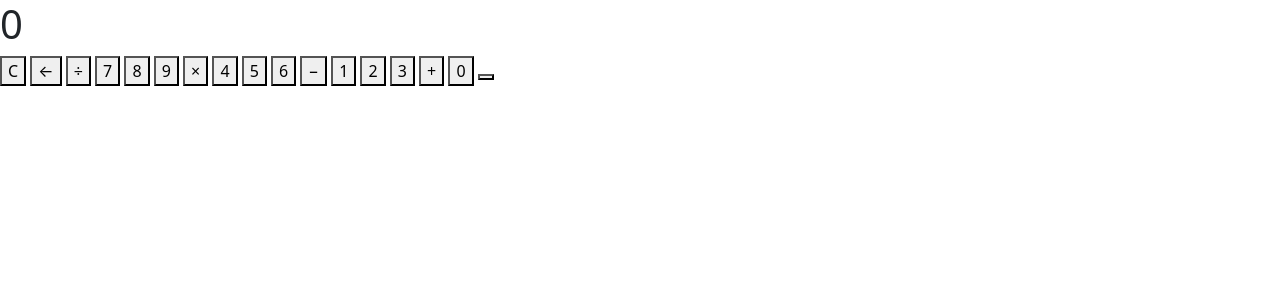
Repository: jgramirez0210/LAB-calculator
Page: index.html
These files come from the project's save history. The page is drawn as it stood at one moment and after a run of saves; the edit follows.
The browser window is 1280 px wide. The pictures show the whole page.

Above is the page before, as saved 2023-10-10 20:05:36.

### index.html
<!DOCTYPE html>
<html lang="en">
<head>
  <meta charset="UTF-8">
  <meta name="viewport" content="width=device-width, initial-scale=1.0">
  <title>Calculator</title>
  <link href="https://cdn.jsdelivr.net/npm/bootstrap@5.3.2/dist/css/bootstrap.min.css" rel="stylesheet" integrity="sha384-T3c6CoIi6uLrA9TneNEoa7RxnatzjcDSCmG1MXxSR1GAsXEV/Dwwykc2MPK8M2HN" crossorigin="anonymous">
  <link rel="stylesheet" href="main.css">
</head>
<body>
  <div class="Calculator-wrapper"></div>
  <h1>0</h1>
  <button id="clear-btn">C</button>
  <button id="back-btn">←</button>
  <button id="divide-btn">÷</button>
  <button id="7">7</button>
  <button id="8">8</button>
  <button id="9">9</button>
  <button id="multiply">×</button>
  <button id="4">4</button>
  <button id="5">5</button>
  <button id="6">6</button>
  <button id="minus">−</button>
  <button id="1">1</button>
  <button id="2">2</button>
  <button id="3">3</button>
  <button id="add">+</button>
  <button id="0">0</button>
  <button id=""></button>
  <script src="https://cdn.jsdelivr.net/npm/bootstrap@5.3.2/dist/js/bootstrap.bundle.min.js" integrity="sha384-C6RzsynM9kWDrMNeT87bh95OGNyZPhcTNXj1NW7RuBCsyN/o0jlpcV8Qyq46cDfL" crossorigin="anonymous"></script>
  <script src="main.js"></script>
</body>
</html>

### main.js
console.log("testeroo")

Loaded but not shown: main.css (no stored copy; drawn as an empty file)

After the next 2 saves:
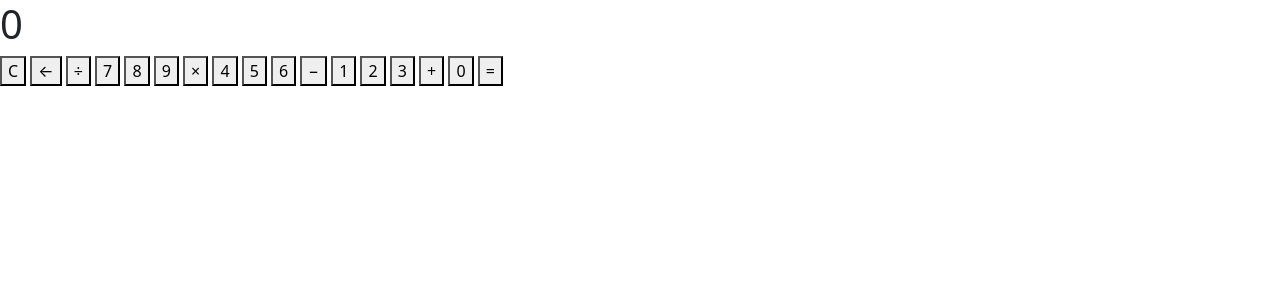
The 2 saves are shown as one change because they came seconds apart.
The last was saved 7 s later.
--- a/index.html
+++ b/index.html
@@ -26,7 +26,7 @@
   <button id="3">3</button>
   <button id="add">+</button>
   <button id="0">0</button>
-  <button id=""></button>
+  <button id="=">=</button>
   <script src="https://cdn.jsdelivr.net/npm/bootstrap@5.3.2/dist/js/bootstrap.bundle.min.js" integrity="sha384-C6RzsynM9kWDrMNeT87bh95OGNyZPhcTNXj1NW7RuBCsyN/o0jlpcV8Qyq46cDfL" crossorigin="anonymous"></script>
   <script src="main.js"></script>
 </body>
